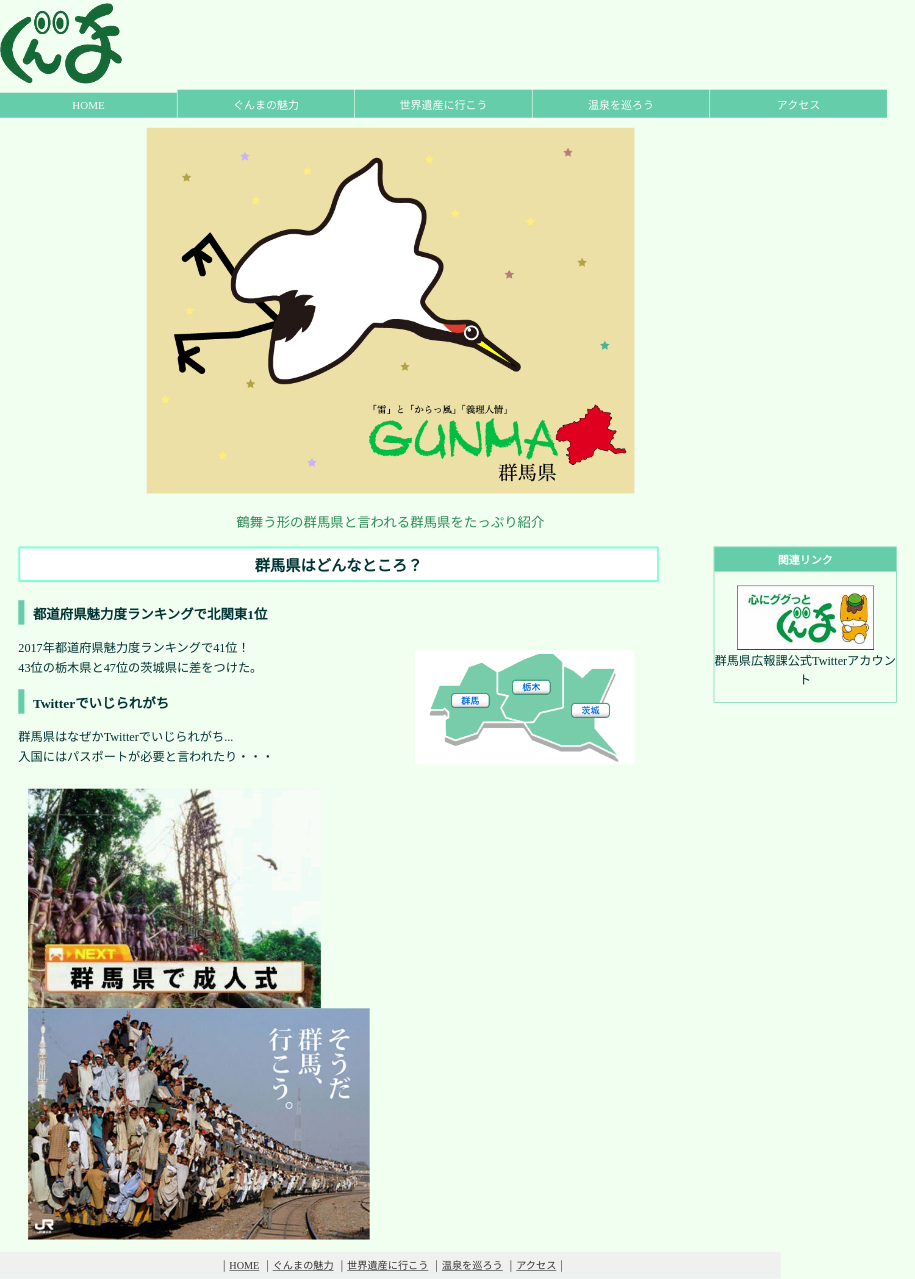
Repository: erinakatagiri/gomi
Page: gunma/Gunma.html
The author's editor kept a record of every edit. The page is drawn from the files as they stood at one moment, then again after the next edit.
The browser window is 1280 px wide. The page is 1500 px wide, so the pictures cover 1500 px, including what lies to the right of the window. The pictures show the whole page, at 61% of full size.

Above is the page before.

After the next edit:
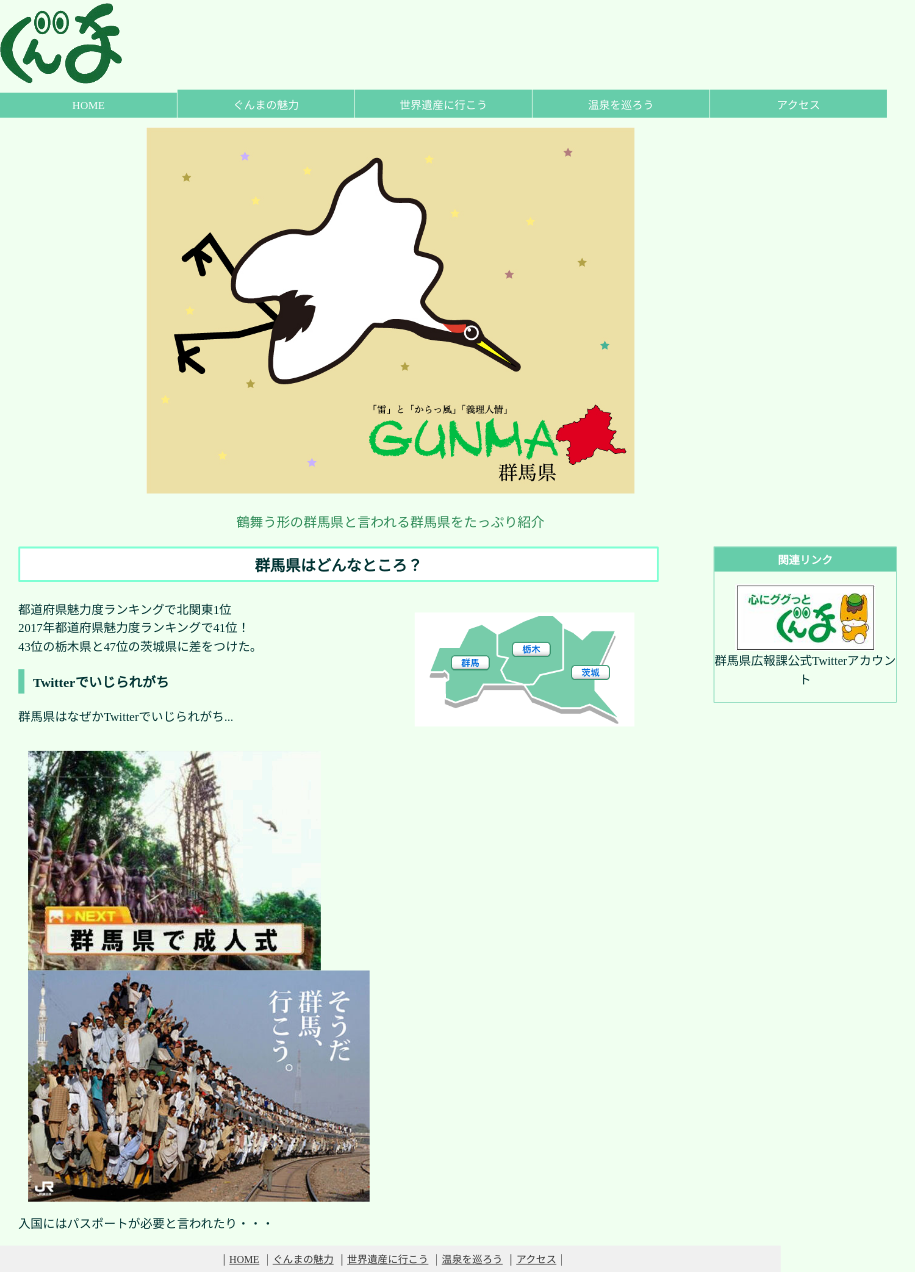
The edit:
--- a/gunma/Gunma.html
+++ b/gunma/Gunma.html
@@ -29,7 +29,7 @@
             <div id="main">
                 <section id="point">
                     <h2>群馬県はどんなところ？</h2>
-                    <section>
+                    <section
                         <h3>都道府県魅力度ランキングで北関東1位</h3>
                         <figure>
                             <img src="images_gunma/kkanto.gif" alt="北関東">
